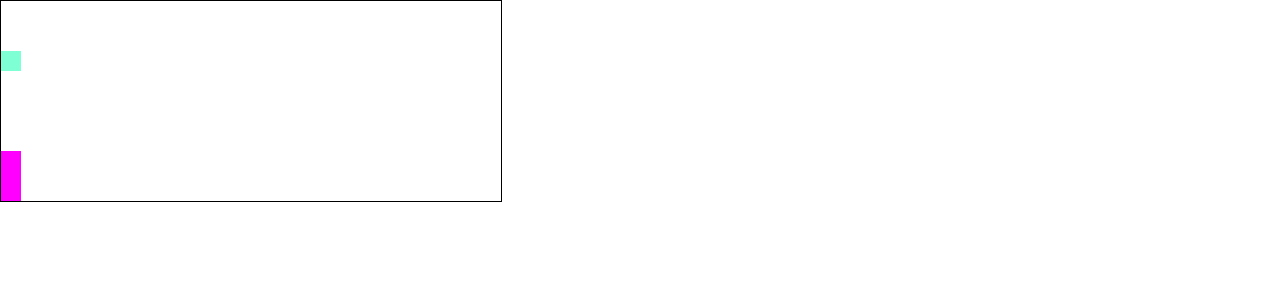
Repository: thecptwaffles/bad-game
Page: index.html
These files come from the project's save history. The page is drawn as it stood at one moment and after the next save; the edit follows.
The browser window is 1280 px wide. The pictures show the whole page.

Above is the page before, as saved 2022-02-04 19:50:11.

### index.html
<!DOCTYPE html>
<html lang="en">

<head>
    <meta charset="UTF-8">
    <meta http-equiv="X-UA-Compatible" content="IE=edge">
    <meta name="viewport" content="width=device-width, initial-scale=1.0">
    <title>Document</title>
    <link rel="stylesheet" href="style.css">
</head>

<body>
    <div id="game">
        <div id="Steve"></div>
        <div id="block"></div>
    </div>
</body>
<script src="./index.js"></script>

</html>

### style.css
* {
    padding: 0;
    margin: 0;
}

#game {
    width: 500px;
    height: 200px;
    border: 1px solid black;
}

#Steve {
    width: 20px;
    height: 50px;
    background-color: magenta;
    position: relative;
    top: 150px;
}

#block {
    width: 20px;
    height: 20px;
    background-color: aquamarine;
}

Loaded but not shown: index.js (no copy from this time; the picture is the same without it)

After the next save:
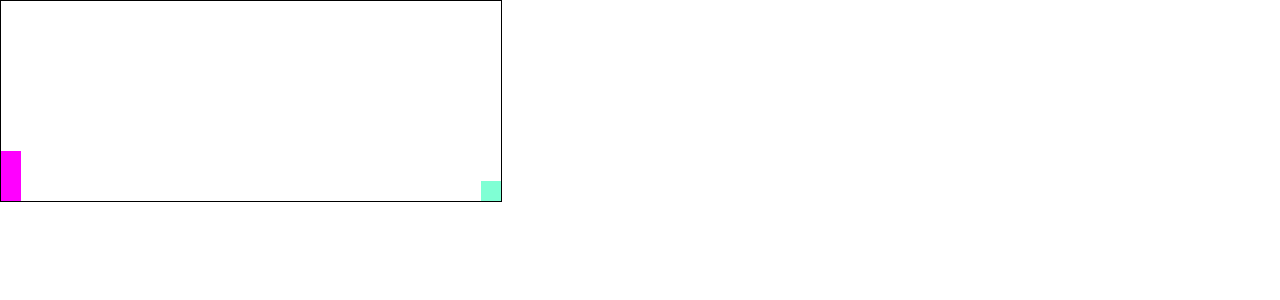
Saved 68 s later.
--- a/style.css
+++ b/style.css
@@ -21,4 +21,7 @@
     width: 20px;
     height: 20px;
     background-color: aquamarine;
+    position: relative;
+    top: 130px;
+    left: 480px;
 }
